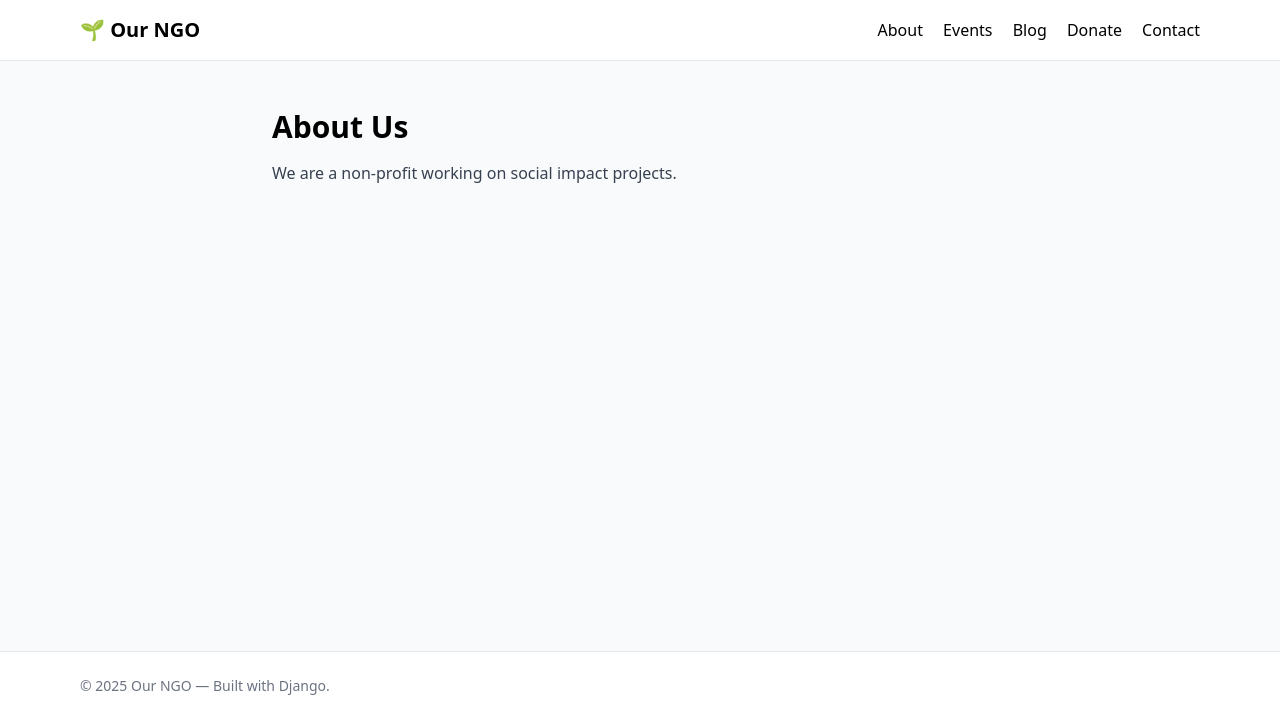
Repository: falak346/OUR-NGO
Page: http://localhost/about/
An editor plug-in stored every save of this project. The page is shown before and after the next save, followed by the edit.
The browser window is 1280 px wide. The pictures show the whole page.
Some web libraries are served in a nearby version. The page is served by the project's application, run on Django 5.2 (ngo_site/manage.py). Other server files are loaded and not shown.

Above is the page before, as saved 2025-11-13 10:41:17.

### ngo_site/ngo_site/templates/about.html
{% extends "base.html" %}
{% block title %}About — NGO{% endblock %}
{% block content %}
<section class="max-w-3xl mx-auto px-4 py-12">
  <h1 class="text-3xl font-bold mb-4">About Us</h1>
  <p class="text-gray-700">We are a non-profit working on social impact projects.</p>
</section>
{% endblock %}

### ngo_site/ngo_site/templates/base.html
<!doctype html>
<html lang="en">
<head>
  <meta charset="utf-8">
  <meta name="viewport" content="width=device-width, initial-scale=1">
  <title>{% block title %}NGO Site{% endblock %}</title>
  <script src="https://cdn.tailwindcss.com"></script>
  <link rel="stylesheet" href="/static/css/styles.css">
</head>
<body class="min-h-screen bg-gray-50 flex flex-col">
  <header class="bg-white border-b">
    <div class="max-w-6xl mx-auto px-4 py-4 flex items-center justify-between">
      <a href="/" class="text-xl font-bold">🌱 Our NGO</a>
      <nav class="space-x-4">
        <a class="hover:underline" href="/about/">About</a>
        <a class="hover:underline" href="/events/">Events</a>
        <a class="hover:underline" href="/blog/">Blog</a>
        <a class="hover:underline" href="/donate/">Donate</a>
        <a class="hover:underline" href="/contact/">Contact</a>
        {% if request.user.is_authenticated %}
          <a class="hover:underline" href="/admin/">Admin</a>
        {% endif %}
      </nav>
    </div>
  </header>

  <main class="flex-1">
    {% block content %}{% endblock %}
  </main>

  <footer class="bg-white border-t">
    <div class="max-w-6xl mx-auto px-4 py-6 text-sm text-gray-500">
     © {% now "Y" %} Our NGO — Built with Django.

    </div>
  </footer>
</body>
</html>

### ngo_site/core/views.py
from django.shortcuts import render
from blog.models import Post
from events.models import Event

def home(request):
    latest_posts = Post.objects.order_by("-published_at")[:5]
    upcoming_events = Event.objects.order_by("start_date")[:5]
    return render(request, "home.html", {"latest_posts": latest_posts, "upcoming_events": upcoming_events})

def about(request):
    return render(request, "about.html")

def contact(request):
    sent = False
    if request.method == "POST":
        # For MVP we just show a 'sent' message. Configure email in settings to actually send.
        sent = True
    return render(request, "contact.html", {"sent": sent})

### ngo_site/ngo_site/urls.py
from django.contrib import admin
from django.urls import path, include
from core.views import home, about, contact

urlpatterns = [
    path("admin/", admin.site.urls),
    path("", home, name="home"),
    path("about/", about, name="about"),
    path("contact/", contact, name="contact"),
    path("donate/", include("donations.urls")),
    path("blog/", include("blog.urls")),
    path("events/", include("events.urls")),
]

### ngo_site/donations/urls.py
from django.urls import path
from .views import donate, thanks

urlpatterns = [
    path("", donate, name="donate"),
    path("thanks/", thanks, name="donation_thanks"),
]

### ngo_site/blog/urls.py
from django.urls import path
from .views import post_list, post_detail

urlpatterns = [
    path("", post_list, name="post_list"),
    path("<slug:slug>/", post_detail, name="post_detail"),
]

### ngo_site/events/urls.py
from django.urls import path
from .views import event_list, event_detail

urlpatterns = [
    path("", event_list, name="event_list"),
    path("<slug:slug>/", event_detail, name="event_detail"),
]

### ngo_site/ngo_site/static/css/styles.css
/* Basic overrides */
.prose p { margin-bottom: 1rem; }
input, textarea, select { width: 100%; border: 1px solid #e5e7eb; border-radius: 0.75rem; padding: 0.5rem 0.75rem; }

After the next save:
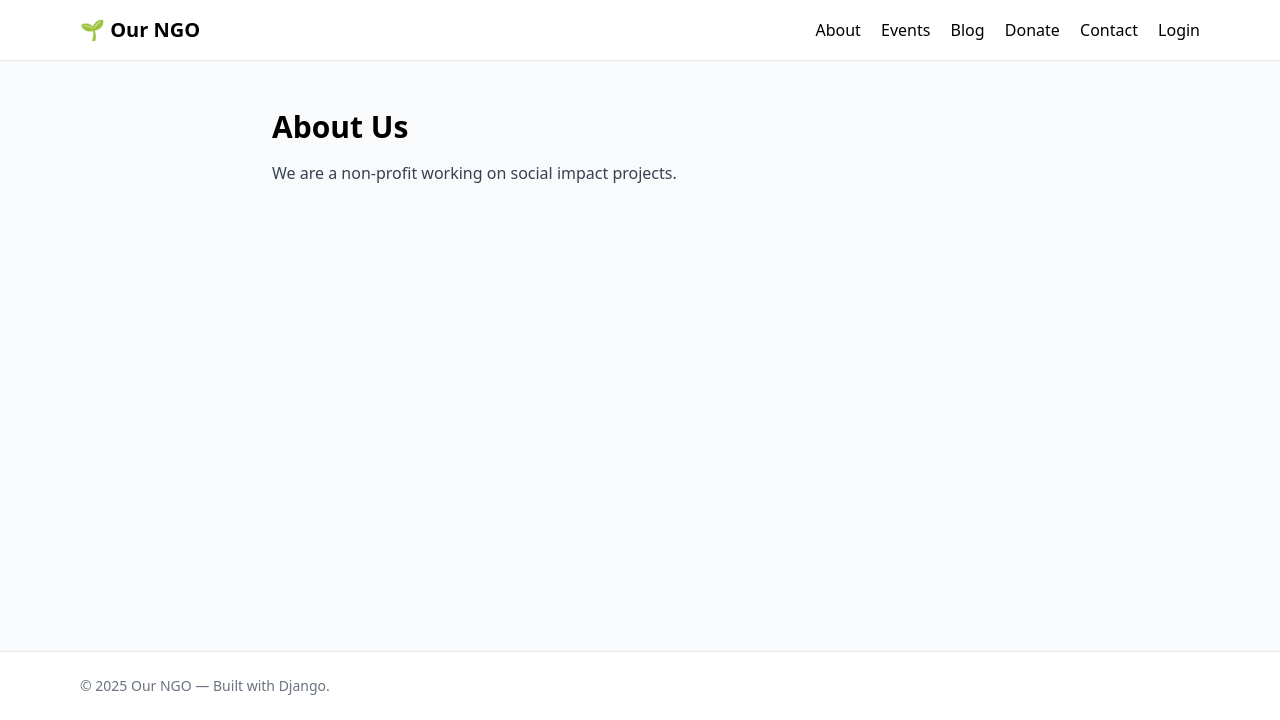
Saved 2 min 57 s later.
--- a/ngo_site/ngo_site/templates/base.html
+++ b/ngo_site/ngo_site/templates/base.html
@@ -17,6 +17,7 @@
         <a class="hover:underline" href="/blog/">Blog</a>
         <a class="hover:underline" href="/donate/">Donate</a>
         <a class="hover:underline" href="/contact/">Contact</a>
+        <a class="hover:underline" href="/login/">Login</a>
         {% if request.user.is_authenticated %}
           <a class="hover:underline" href="/admin/">Admin</a>
         {% endif %}
